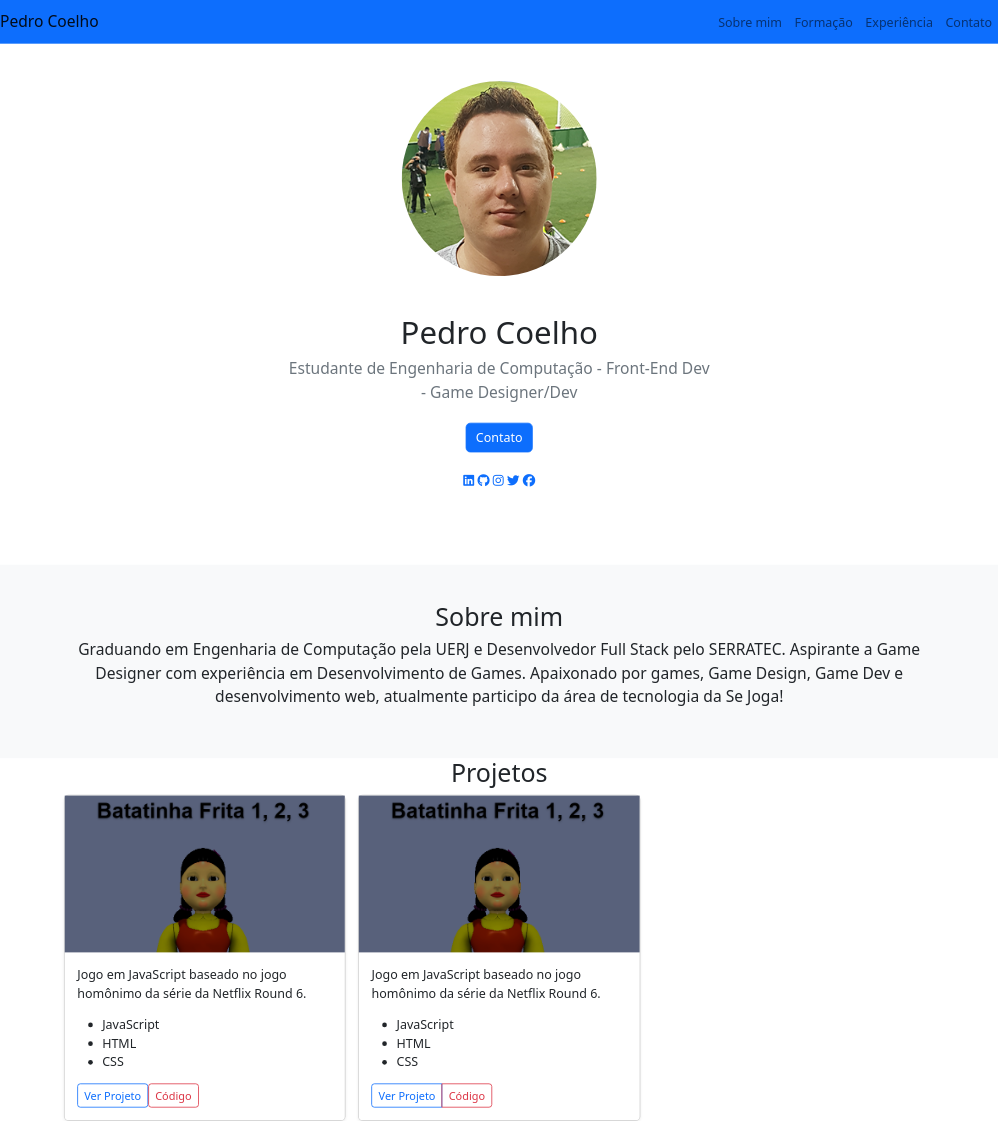
Repository: PedroHQCoelho/portfolio
Page: index.html
These files come from the project's save history. The page is drawn as it stood at one moment and after the next save; the edit follows.
The browser window is 1280 px wide. The pictures show the whole page, at 78% of full size.
Some web libraries are served in a nearby version.

Above is the page before, as saved 2022-05-26 18:32:04.

After the next save:
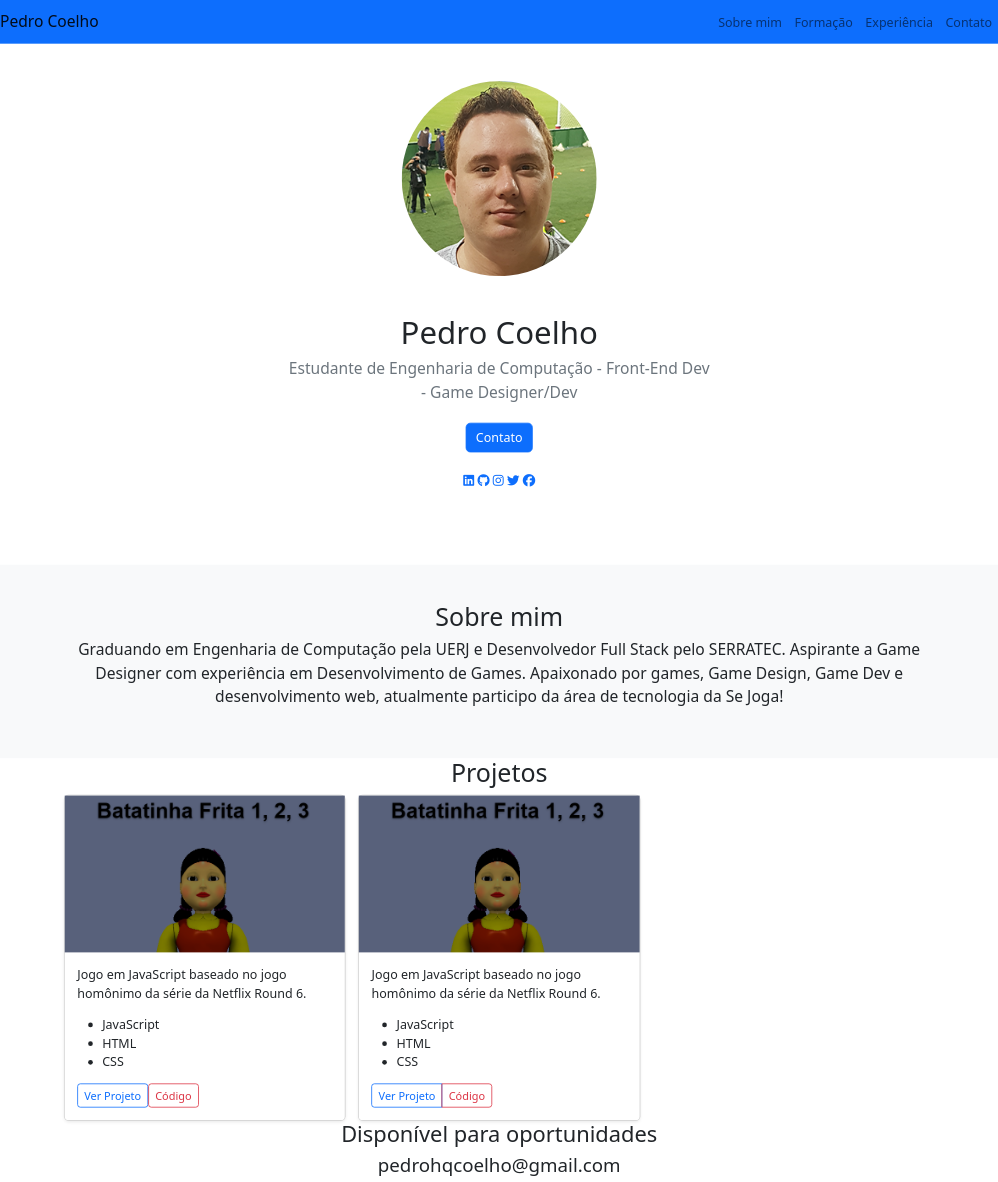
Saved 2 min 11 s later.
--- a/index.html
+++ b/index.html
@@ -123,5 +123,13 @@
             </div>
           </div>
         </div>
+
+        <!--Contato-->
+        <section>
+          <div class="container-fluid">
+            <h3 class="text-center">Disponível para oportunidades</h3>
+            <h4 class="text-center">pedrohqcoelho@gmail.com</h4>
+          </div>
+        </section>
 </body>
 </html>
